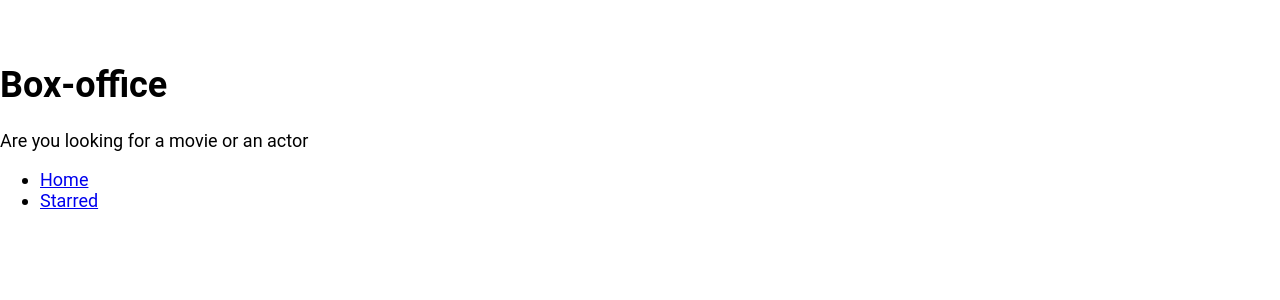
Repository: shivani5634/box-office
Page: /starred
An editor plug-in stored every save of this project. The page is shown before and after the next save, followed by the edit.
The browser window is 1280 px wide. The pictures show the whole page.
The project was rebuilt for these pictures with package versions that can differ from the ones it lists, and the page was loaded fresh each time. A package was used in the major version that the imports need, not the one package.json lists. Also part of the build but not shown: src/components/show/Cast.styled.js, src/components/show/Cast.js, src/components/show/Detailed.styled.js, src/components/show/Details.js, src/components/show/Seasons.styled.js, src/components/show/Seasons.js, src/components/styled.js, src/components/show/ShowMainData.styled.js and 3 more. Imported but missing from the stored project, and not drawn on this page: src/pages/Home.

Above is the page before, as saved 2021-07-29 15:10:07.

After the next save:
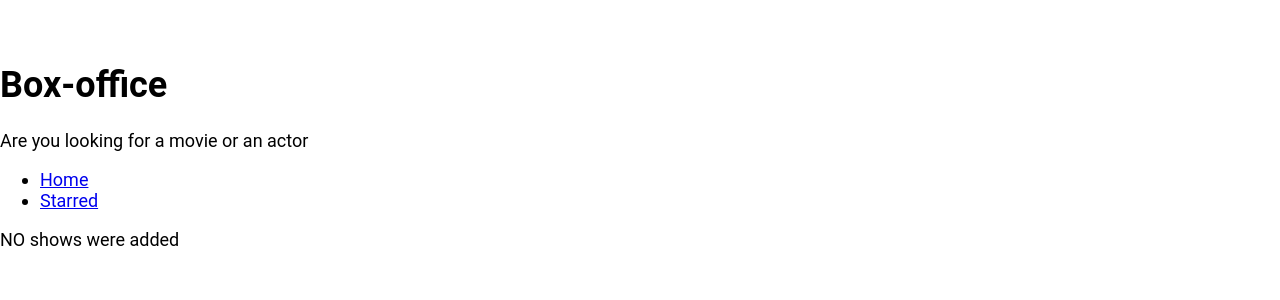
Saved 44 s later.
--- a/src/pages/Starred.js
+++ b/src/pages/Starred.js
@@ -30,7 +30,7 @@ const Starred = () => {
     <MainPageLayout>
       {isLoading && <div>shows are still loading</div>}
       {error && <div>Error occured:{error}</div>}
-      {!isLoading}
+      {!isLoading && !shows && <div>NO shows were added</div>}
     </MainPageLayout>
   );
 };
